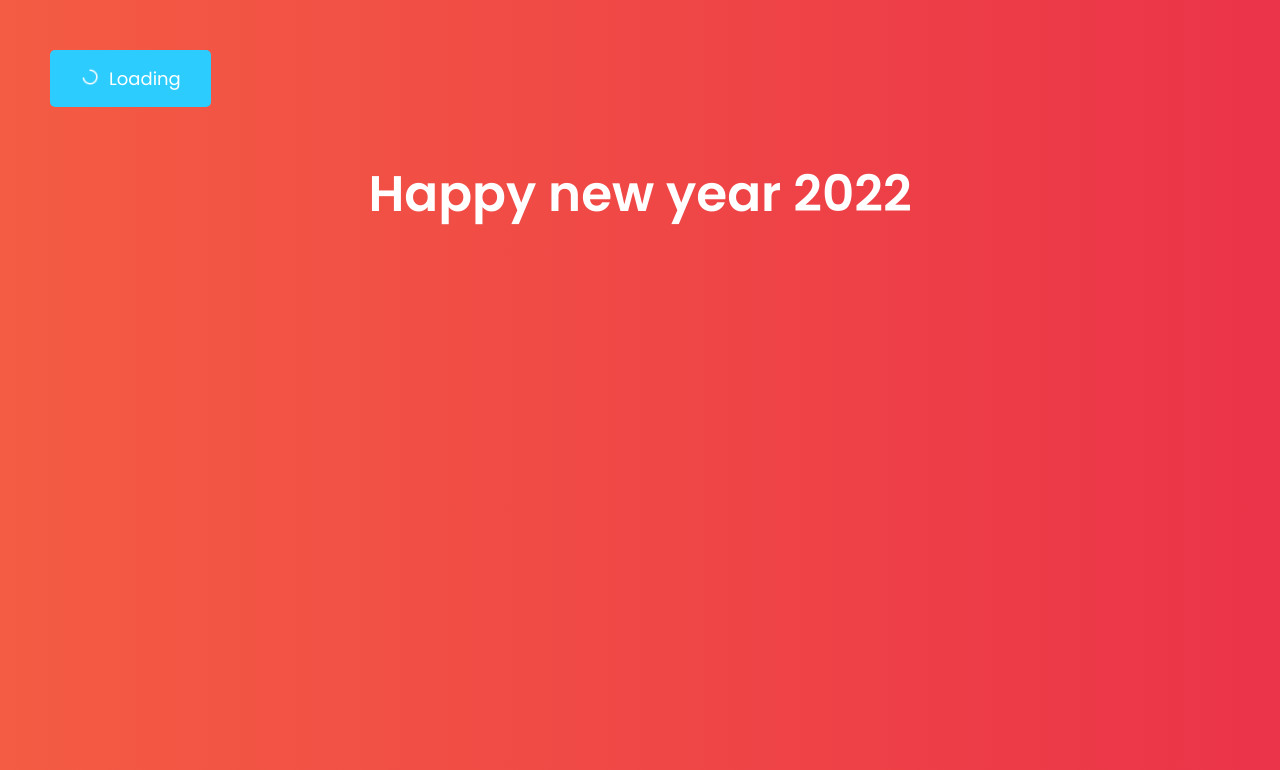
Repository: hoang0508/ReactJsDevWork
Page: /
These files come from the project's save history. The page is drawn as it stood at one moment and after the next save; the edit follows.
The browser window is 1280 px wide. The pictures show the whole page.
The project was rebuilt for these pictures with package versions that can differ from the ones it lists, and the page was loaded fresh each time.

Above is the page before, as saved 2022-02-01 23:33:09.

After the next save:
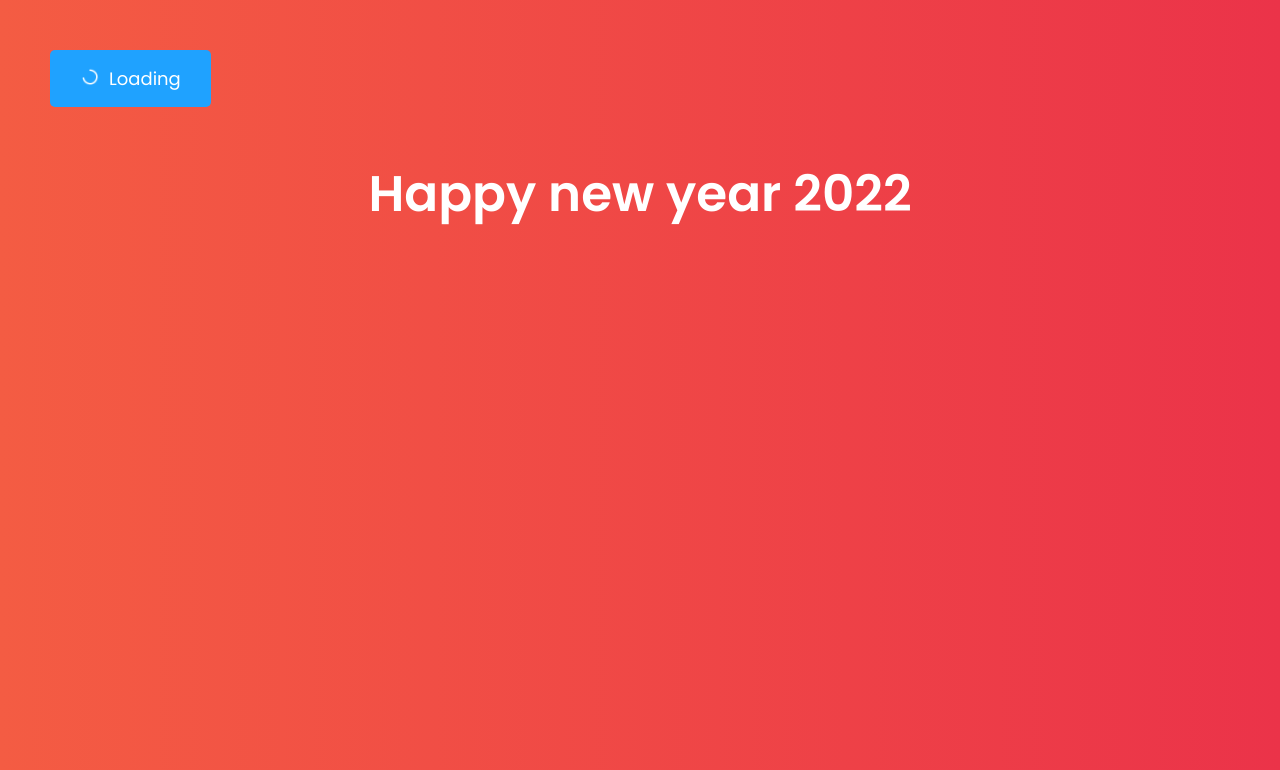
Saved 38 s later.
--- a/src/components/Button/Button.scss
+++ b/src/components/Button/Button.scss
@@ -2,7 +2,7 @@
   margin: 50px;
   font-family: "Poppins", sans-serif;
   font-size: 18px;
-  background-color: #2cccff;
+  background-color: #1fa2ff;
   color: #fff;
   outline: none;
   border: 0;
